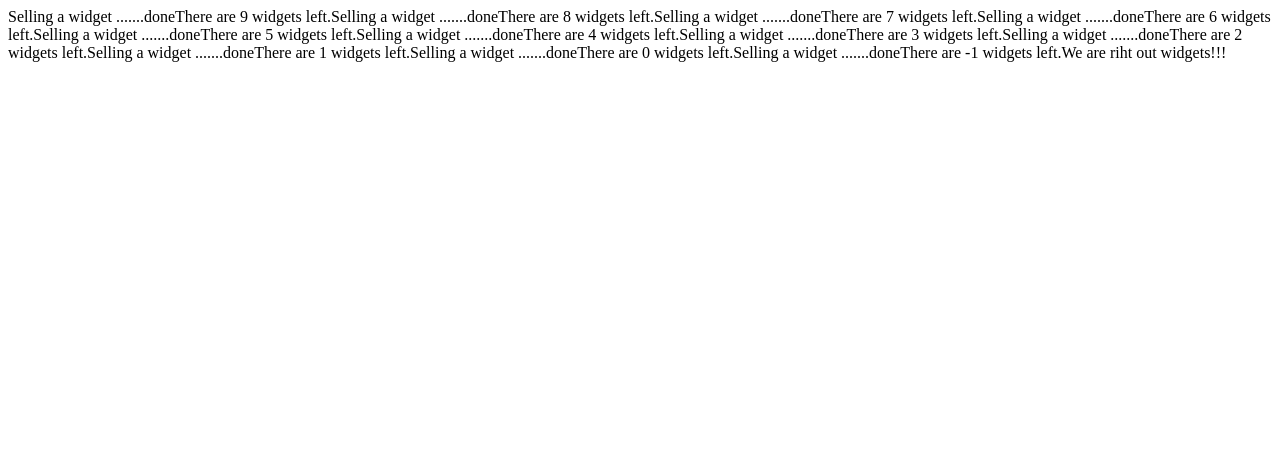
Repository: hhugohm/php_basic
Page: http://localhost/src/widgets.php
An editor plug-in stored every save of this project. The page is shown before and after the next save, followed by the edit.
The browser window is 1280 px wide. The pictures show the whole page.
The page is run by PHP 8.4 with error messages shown; the project is at /var/www/html/.

Above is the page before, as saved 2017-06-08 22:00:55.

After the next save:
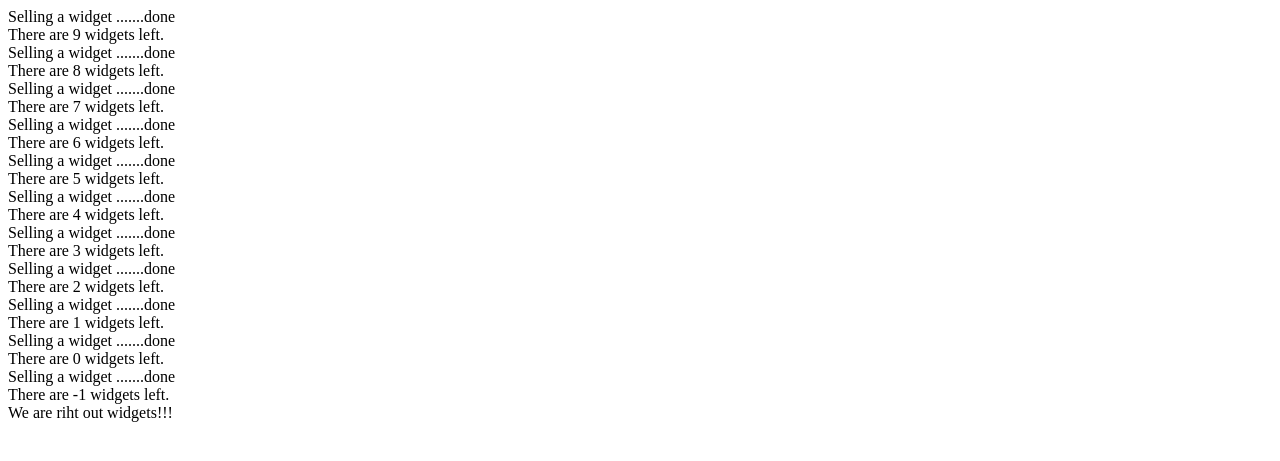
Saved 46 s later.
--- a/php_unidad4/src/widgets.php
+++ b/php_unidad4/src/widgets.php
@@ -4,8 +4,8 @@
 
  while ($count>=0){
  	$count = $count-1;
- 	echo "Selling a widget .......done";
- 	echo "There are $count widgets left.";
+ 	echo "Selling a widget .......done <br>";
+ 	echo "There are $count widgets left.<br>";
 
  }
  echo "We are riht out widgets!!!";
